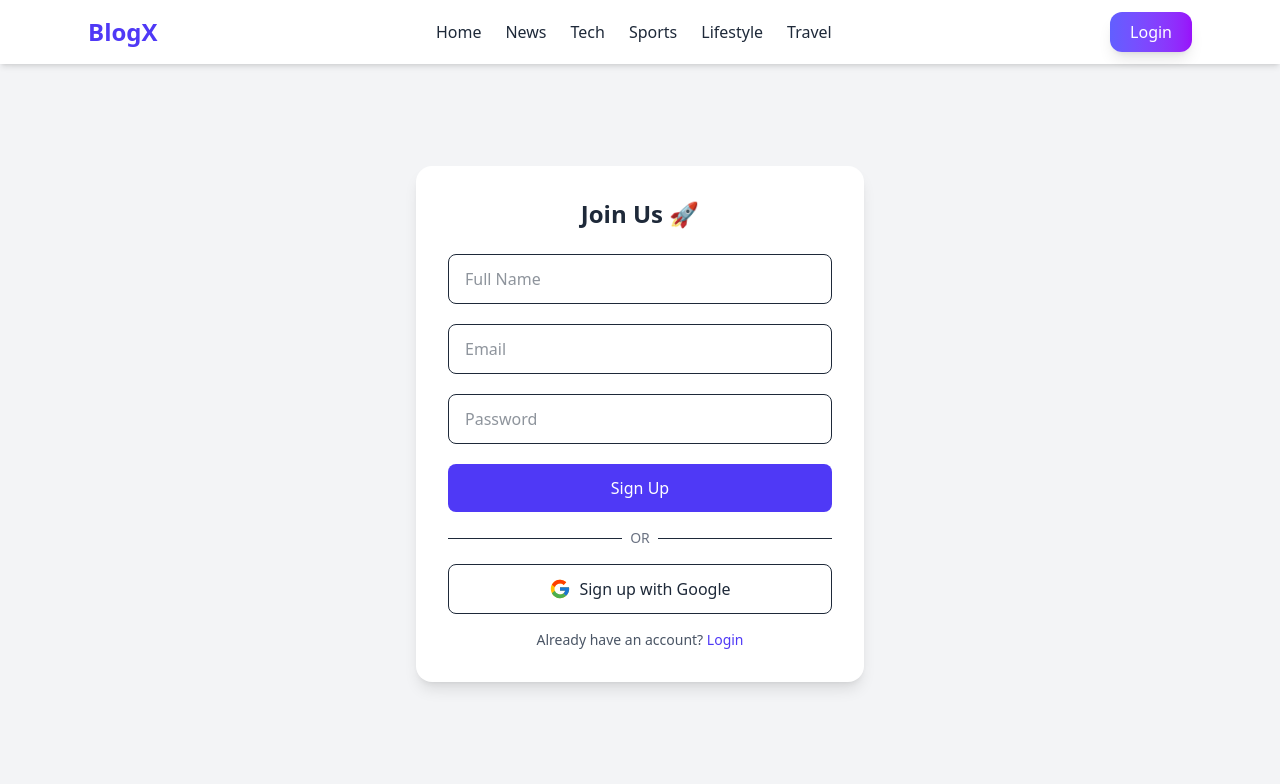
Repository: kundanchouhan12/BlogX
Page: /signup (app in blogx-Frontend/)
The author's editor kept a copy of each file at every save. The page is drawn from the files as they stood at one save, then again after the next save.
The browser window is 1280 px wide. The pictures show the whole page.
The page's requests for data from a server got no answer. The project was rebuilt for these pictures with package versions that can differ from the ones it lists, and the page was loaded fresh each time. No one was signed in, and anything a server would have sent is missing. Also part of the build but not shown: blogx-Frontend/vite.config.js, blogx-Frontend/src/components/LoginPopup.jsx, blogx-Frontend/src/pages/Home.jsx, blogx-Frontend/src/pages/Login.jsx, blogx-Frontend/src/pages/CreatePost.jsx, blogx-Frontend/src/components/PrivateRoute.jsx, blogx-Frontend/src/pages/BlogDetails.jsx.

Above is the page before, as saved 2025-09-17 00:32:50.

After the next save:
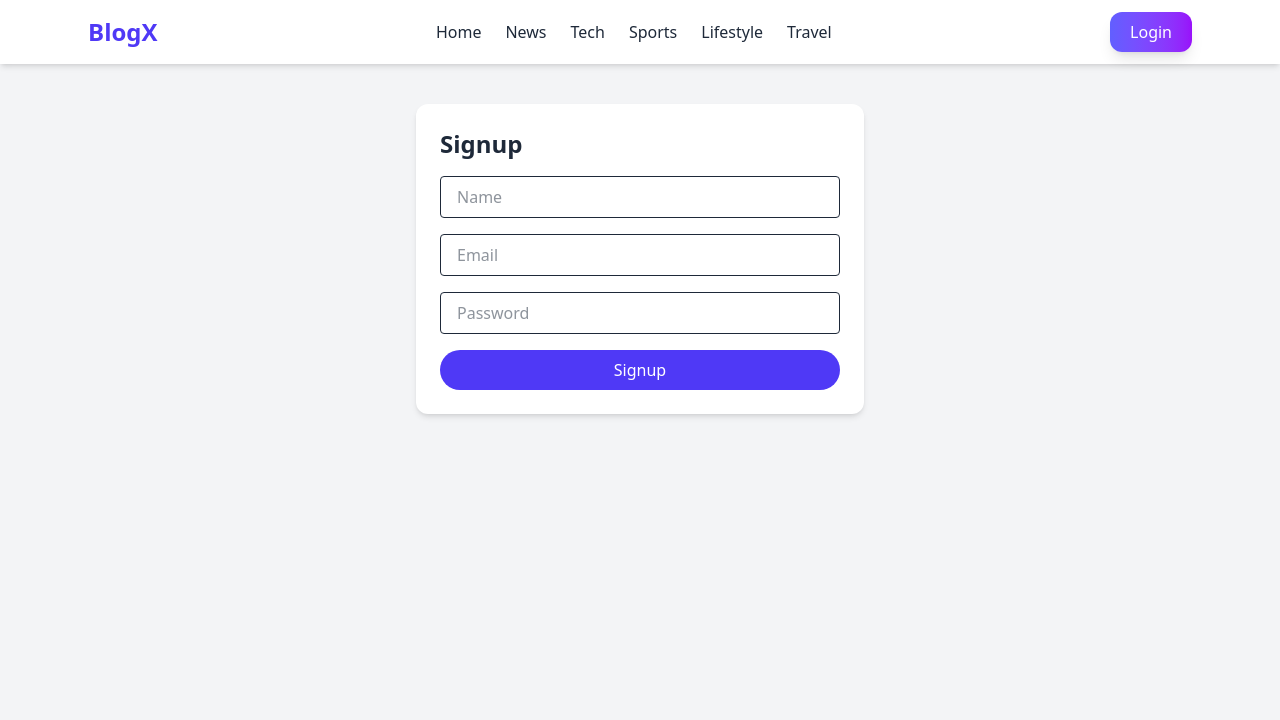
Saved 49 s later.
--- a/blogx-Frontend/src/pages/Signup.jsx
+++ b/blogx-Frontend/src/pages/Signup.jsx
@@ -1,91 +1,61 @@
 import { useState } from "react";
-import { Link, useNavigate } from "react-router-dom";
 import { useAuth } from "../context/AuthContext";
-import { FcGoogle } from "react-icons/fc";
 
 export default function Signup() {
   const { signup } = useAuth();
   const [name, setName] = useState("");
   const [email, setEmail] = useState("");
   const [password, setPassword] = useState("");
-  const navigate = useNavigate();
+  const [loading, setLoading] = useState(false);
+  const [error, setError] = useState("");
 
-  const handleSubmit = (e) => {
+  const handleSubmit = async (e) => {
     e.preventDefault();
-    signup(name, email, password); // local signup
-    navigate("/"); // ✅ signup ke baad home pe redirect
-  };
-
-  const handleGoogleSignup = () => {
-    // Dummy Google signup (baad me Firebase/Auth0 se integrate kar sakte ho)
-    signup("Google User", "googleuser@gmail.com", "");
-    navigate("/");
+    setLoading(true);
+    setError("");
+    try {
+      await signup({ name, email, password });
+    } catch (err) {
+      setError(err.response?.data?.message || "Signup failed");
+    } finally {
+      setLoading(false);
+    }
   };
 
   return (
-    <div className="flex justify-center items-center min-h-screen bg-gray-100">
-      <div className="bg-white p-8 rounded-2xl shadow-lg w-full max-w-md">
-        <h2 className="text-2xl font-bold text-center text-gray-800 mb-6">
-          Join Us 🚀
-        </h2>
-
-        {/* Local signup form */}
-        <form onSubmit={handleSubmit} className="space-y-5">
-          <input
-            type="text"
-            placeholder="Full Name"
-            className="w-full px-4 py-3 rounded-lg border focus:outline-none focus:ring-2 focus:ring-indigo-500"
-            value={name}
-            onChange={(e) => setName(e.target.value)}
-            required
-          />
-          <input
-            type="email"
-            placeholder="Email"
-            className="w-full px-4 py-3 rounded-lg border focus:outline-none focus:ring-2 focus:ring-indigo-500"
-            value={email}
-            onChange={(e) => setEmail(e.target.value)}
-            required
-          />
-          <input
-            type="password"
-            placeholder="Password"
-            className="w-full px-4 py-3 rounded-lg border focus:outline-none focus:ring-2 focus:ring-indigo-500"
-            value={password}
-            onChange={(e) => setPassword(e.target.value)}
-            required
-          />
-          <button
-            type="submit"
-            className="w-full bg-indigo-600 text-white py-3 rounded-lg hover:bg-indigo-700 transition"
-          >
-            Sign Up
-          </button>
-        </form>
-
-        {/* OR divider */}
-        <div className="flex items-center my-4">
-          <div className="flex-1 border-t"></div>
-          <span className="px-2 text-gray-500 text-sm">OR</span>
-          <div className="flex-1 border-t"></div>
-        </div>
-
-        {/* Google signup button */}
+    <div className="max-w-md mx-auto mt-10 p-6 bg-white rounded-xl shadow-md">
+      <h2 className="text-2xl font-bold mb-4">Signup</h2>
+      {error && <p className="text-red-500 mb-4">{error}</p>}
+      <form onSubmit={handleSubmit} className="space-y-4">
+        <input
+          type="text"
+          placeholder="Name"
+          value={name}
+          onChange={(e) => setName(e.target.value)}
+          className="w-full border rounded px-4 py-2"
+        />
+        <input
+          type="email"
+          placeholder="Email"
+          value={email}
+          onChange={(e) => setEmail(e.target.value)}
+          className="w-full border rounded px-4 py-2"
+        />
+        <input
+          type="password"
+          placeholder="Password"
+          value={password}
+          onChange={(e) => setPassword(e.target.value)}
+          className="w-full border rounded px-4 py-2"
+        />
         <button
-          onClick={handleGoogleSignup}
-          className="flex items-center justify-center gap-2 w-full border py-3 rounded-lg hover:bg-gray-50 transition"
+          type="submit"
+          disabled={loading}
+          className="bg-indigo-600 text-white px-6 py-2 rounded-full w-full"
         >
-          <FcGoogle size={22} /> Sign up with Google
+          {loading ? "Signing up..." : "Signup"}
         </button>
-
-        {/* Already account link */}
-        <div className="text-center mt-4 text-sm text-gray-600">
-          Already have an account?{" "}
-          <Link to="/login" className="text-indigo-600 hover:underline">
-            Login
-          </Link>
-        </div>
-      </div>
+      </form>
     </div>
   );
 }
